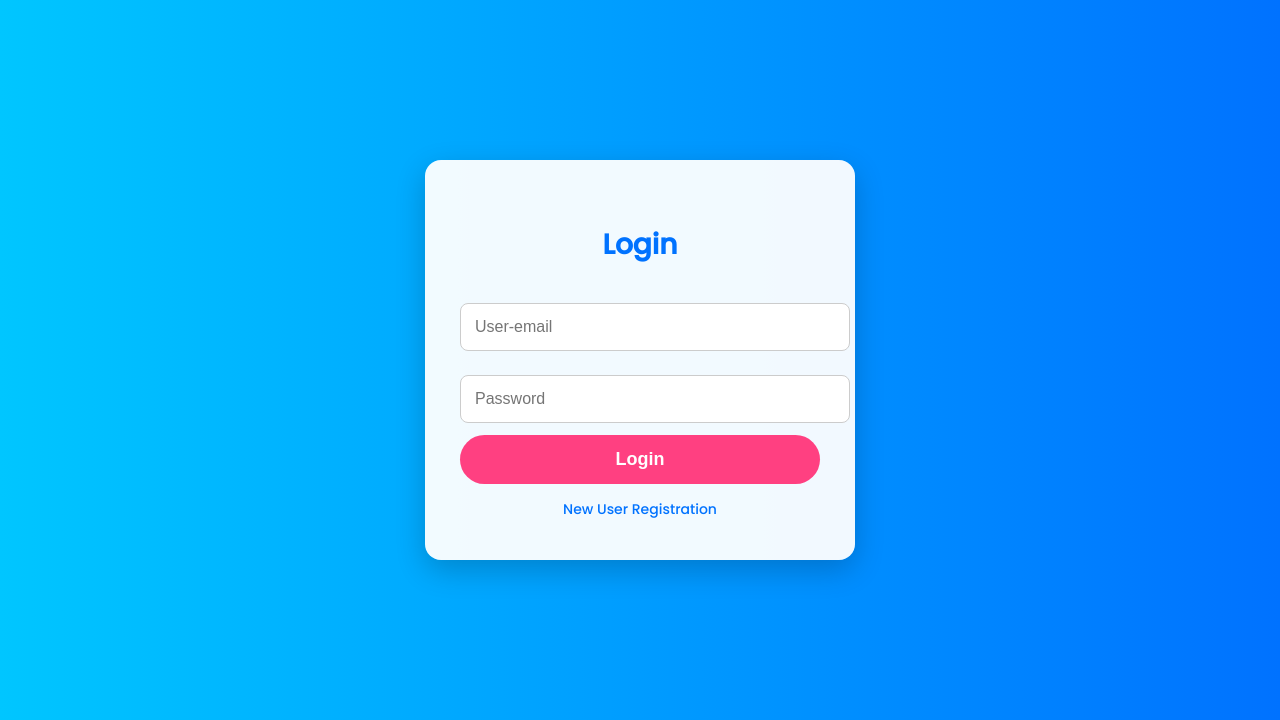
Repository: aakanksha4a/HoneySecure
Page: http://localhost/HoneySecure/login.jsp
An editor plug-in stored every save of this project. The page is shown before and after the next save, followed by the edit.
The browser window is 1280 px wide. The pictures show the whole page.
The page is served by Tomcat 10. Other server files are loaded and not shown.

Above is the page before, as saved 2025-04-24 17:36:39.

### HoneySecure/src/main/webapp/login.jsp
<%@ page language="java" contentType="text/html; charset=UTF-8" pageEncoding="UTF-8"%>
<!DOCTYPE html>
<html lang="en">
<head>
  <meta charset="UTF-8" />
  <meta name="viewport" content="width=device-width, initial-scale=1.0"/>
  <title>Login Page</title>
  <style>
    @import url('https://fonts.googleapis.com/css2?family=Poppins:wght@500&display=swap');

    body {
      margin: 0;
      padding: 0;
      font-family: 'Poppins', sans-serif;
      background: linear-gradient(to right, #00c6ff, #0072ff);
      height: 100vh;
      display: flex;
      justify-content: center;
      align-items: center;
      animation: fadeIn 1s ease-in;
    }

    .login-box {
      background-color: rgba(255, 255, 255, 0.95);
      padding: 40px 35px;
      border-radius: 16px;
      box-shadow: 0 10px 30px rgba(0, 0, 0, 0.2);
      width: 360px;
      animation: slideUp 0.8s ease-out;
    }

    .login-box h2 {
      text-align: center;
      margin-bottom: 25px;
      color: #0072ff;
      font-size: 28px;
    }

    .login-box input[type="mail"],
    .login-box input[type="password"] {
      width: 100%;
      padding: 14px;
      margin: 12px 0;
      border: 1px solid #ccc;
      border-radius: 8px;
      font-size: 16px;
      transition: all 0.2s ease-in-out;
    }

    .login-box input[type="text"]:focus,
    .login-box input[type="password"]:focus {
      outline: none;
      border-color: #0072ff;
      box-shadow: 0 0 8px rgba(0, 114, 255, 0.3);
    }

    .login-box input[type="submit"] {
      width: 100%;
      padding: 14px;
      background-color: #ff4081;
      color: white;
      border: none;
      border-radius: 30px;
      font-size: 18px;
      font-weight: bold;
      cursor: pointer;
      transition: background-color 0.3s ease, transform 0.2s ease;
    }

    .login-box input[type="submit"]:hover {
      background-color: #f50057;
      transform: scale(1.05);
    }

    .login-box a {
      display: block;
      margin-top: 15px;
      text-align: center;
      color: #0072ff;
      text-decoration: none;
      font-size: 14px;
      transition: color 0.2s ease;
    }

    .login-box a:hover {
      color: #0056cc;
      text-decoration: underline;
    }

    @keyframes fadeIn {
      from { opacity: 0; }
      to { opacity: 1; }
    }

    @keyframes slideUp {
      from { transform: translateY(50px); opacity: 0; }
      to { transform: translateY(0); opacity: 1; }
    }
  </style>
</head>
<body>

  <div class="login-box">
    <h2>Login</h2>
    <%
      String msg = (String) request.getAttribute("msg");
      if (msg != null) {
        out.print("<p style='color: red; text-align: center; font-size: 14px;'>" + msg + "</p>");
      }
    %>
    <form action="login" method ="post">
      <input type="mail" placeholder="User-email" name="username" required />
      <input type="password" placeholder="Password" name="password" required />
      <input type="submit" value="Login" />
      <a href="reg.jsp">New User Registration</a>
    </form>
  </div>

</body>
</html>

After the next save:
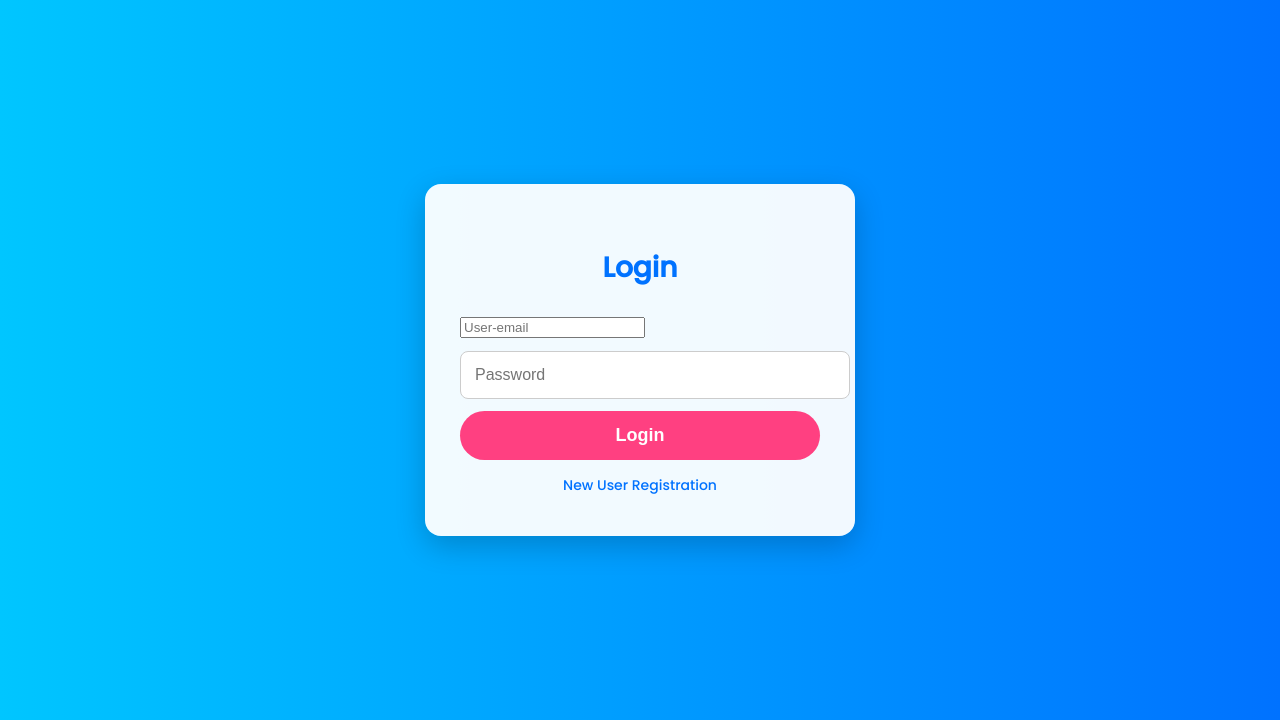
Saved 12 s later.
--- a/HoneySecure/src/main/webapp/login.jsp
+++ b/HoneySecure/src/main/webapp/login.jsp
@@ -36,7 +36,7 @@
       font-size: 28px;
     }
 
-    .login-box input[type="mail"],
+    .login-box input[type="email"],
     .login-box input[type="password"] {
       width: 100%;
       padding: 14px;

After the 2 saves that followed:
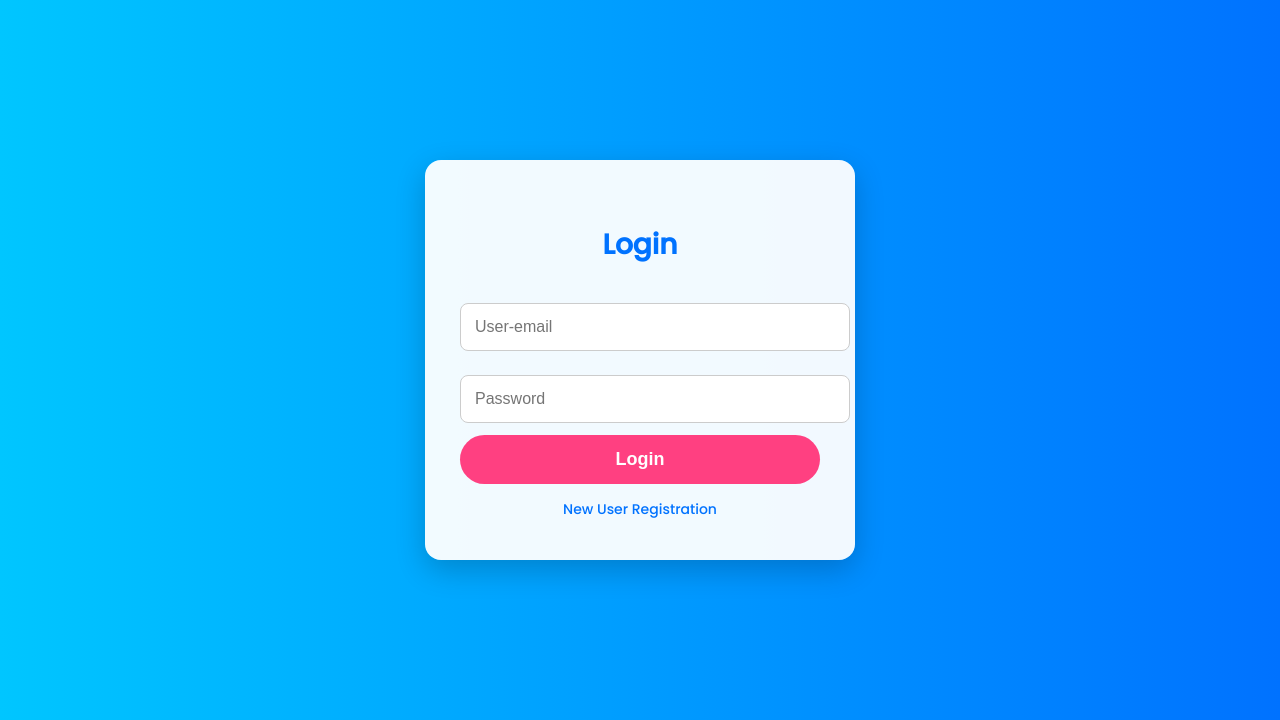
The 2 saves are shown as one change because 1 left the picture as it was.
The last was saved 17 s later.
--- a/HoneySecure/src/main/webapp/login.jsp
+++ b/HoneySecure/src/main/webapp/login.jsp
@@ -47,7 +47,7 @@
       transition: all 0.2s ease-in-out;
     }
 
-    .login-box input[type="text"]:focus,
+    .login-box input[type="email"]:focus,
     .login-box input[type="password"]:focus {
       outline: none;
       border-color: #0072ff;
@@ -109,7 +109,7 @@
       }
     %>
     <form action="login" method ="post">
-      <input type="mail" placeholder="User-email" name="username" required />
+      <input type="email" placeholder="User-email" name="username" required />
       <input type="password" placeholder="Password" name="password" required />
       <input type="submit" value="Login" />
       <a href="reg.jsp">New User Registration</a>
